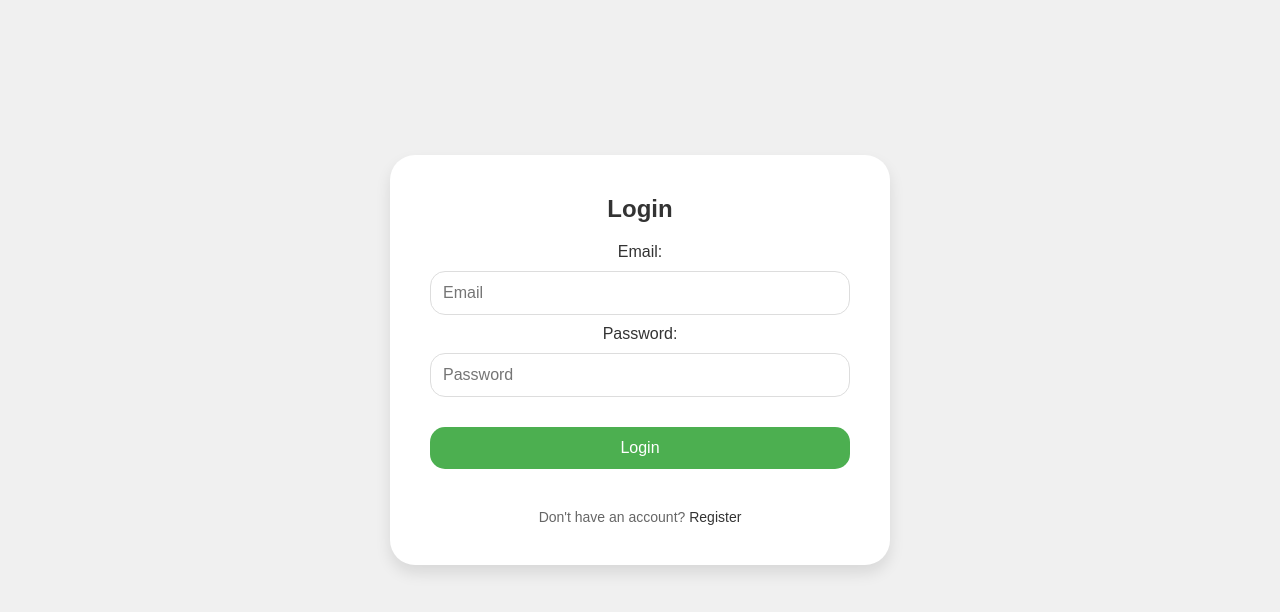
Repository: Sujith-B-S/Food-Application
Page: http://localhost/FoodApplication/
These files come from the project's save history. The page is drawn as it stood at one moment and after the next save; the edit follows.
The browser window is 1280 px wide. The pictures show the whole page.
The page is served by Tomcat 9.

Above is the page before, as saved 2024-11-13 12:25:08.

After the next save:
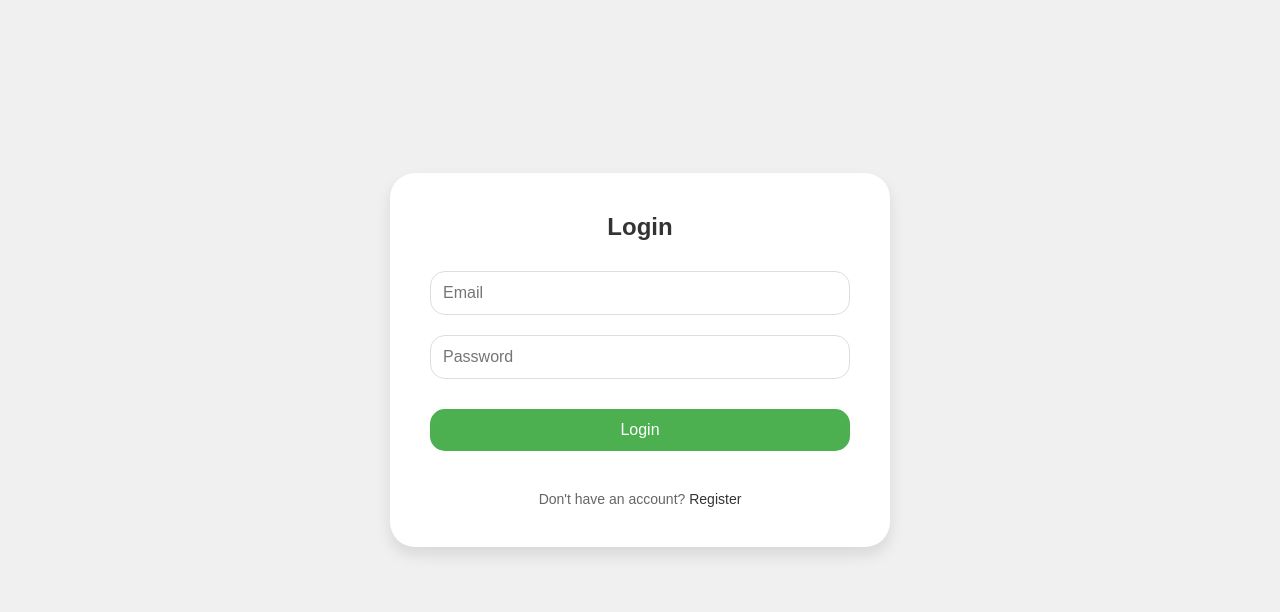
Saved 30 s later.
--- a/FoodApplication/src/main/webapp/login.jsp
+++ b/FoodApplication/src/main/webapp/login.jsp
@@ -98,10 +98,9 @@
 <div class="login-container">
     <h2>Login</h2>
     <form action="login" method="POST">
-        <label for="email">Email:</label>
+
         <input type="text" id="email" name="email" required placeholder="Email"><br>
 
-        <label for="pwd">Password:</label>
         <input type="password" id="pwd" name="pwd" required placeholder="Password"><br>
 
         <input type="submit" value="Login">
